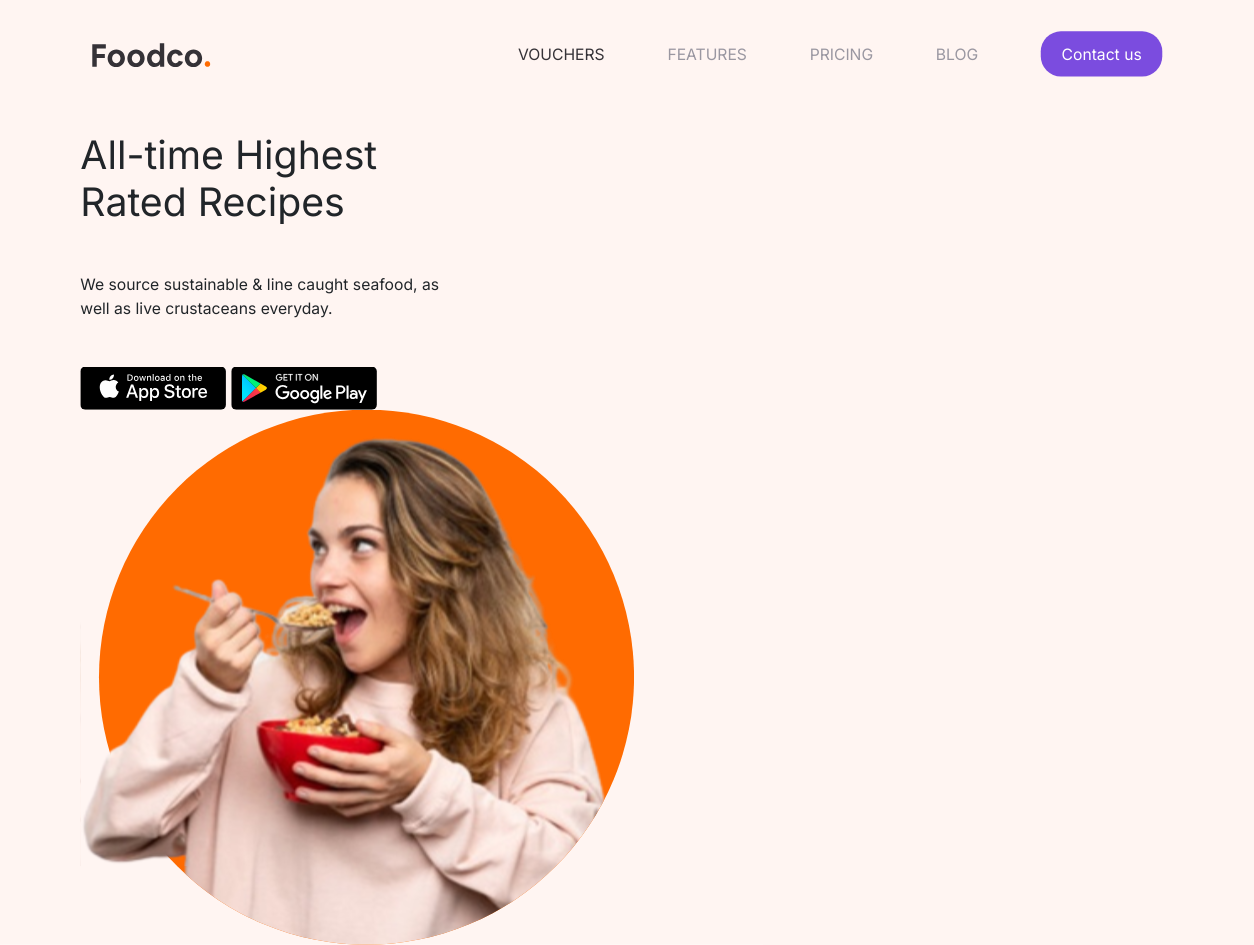
Repository: badhon252/Foodco
Page: index.html
These files come from the project's save history. The page is drawn as it stood at one moment and after the next save; the edit follows.
The browser window is 1280 px wide. The pictures show the whole page, at 98% of full size.
The style sheet was rebuilt from its Sass, Less or Tailwind sources for each picture, by a compiler version that may differ from the author's.

Above is the page before, as saved 2022-09-15 16:03:32.

### index.html
<!DOCTYPE html>
<html lang="en">

<head>
    <meta charset="UTF-8">
    <meta http-equiv="X-UA-Compatible" content="IE=edge">
    <meta name="viewport" content="width=device-width, initial-scale=1.0">
    <!-- bootstrap cdn link  -->
    <!-- I'm using bootstrap 5 for this project, Let's code!  -->
    <!-- CSS only -->
    <link href="https://cdn.jsdelivr.net/npm/bootstrap@5.2.1/dist/css/bootstrap.min.css" rel="stylesheet"
        integrity="sha384-iYQeCzEYFbKjA/T2uDLTpkwGzCiq6soy8tYaI1GyVh/UjpbCx/TYkiZhlZB6+fzT" crossorigin="anonymous">

    <link rel="stylesheet" href="scss/style.css">
    <title>FoodCo</title>
</head>

<body>

    <main id="header">
        <header class="container">

            <nav class="navbar navbar-expand-lg py-3">
                <div class="container-fluid">
                    <a class="navbar-brand" href="#"><img src="./image/logo.svg" alt=""></a>
                    <button class="navbar-toggler" type="button" data-bs-toggle="collapse" data-bs-target="#navbarNav"
                        aria-controls="navbarNav" aria-expanded="false" aria-label="Toggle navigation">
                        <span class="navbar-toggler-icon"></span>
                    </button>
                    <div class="collapse navbar-collapse" id="navbarNav">
                        <ul class="navbar-nav ms-auto py-3">
                            <li class="nav-item">
                                <a class="nav-link active" aria-current="page" href="#">Vouchers</a>
                            </li>
                            <li class="nav-item">
                                <a class="nav-link" href="#">Features</a>
                            </li>
                            <li class="nav-item">
                                <a class="nav-link" href="#">Pricing</a>
                            </li>
                            <li class="nav-item">
                                <a class="nav-link" href="">Blog</a>
                            </li>
                            <button class="btn">Contact us</button>
                        </ul>
                    </div>
                </div>
            </nav>

            <div class="div header-content">
                <div class="k-row">
                    <div class="col-md-4">
                        <h1 class="my-4">All-time <span>Highest</span> Rated Recipes</h1>
                        <p class="my-5">We source sustainable & line caught seafood, as well as live crustaceans
                            everyday.</p>
                        <div class="app-link">
                            <img src="./image/app_store.svg" alt="">
                            <img src="./image/Playstore.svg" alt="">
                        </div>
                    </div>
                    <div class="col-md-8 ">
                        <div class="card-header">
                            <img src="./image/Group 18525.svg" alt="" class="ms-auto">
                        </div>
                    </div>
                </div>
            </div>
        </header>
    </main>

</body>

</html>

### scss/style.scss
@import url("https://fonts.googleapis.com/css2?family=Inter:wght@400;600;700;800;900&display=swap");
@font-face {
  font-family: circular;
  src: url(../fonts/Circular_Std_Font.otf);
}
@font-face {
  font-family: AirbnbCereal_W_Bd;
  src: url(../fonts/AirbnbCereal_W_Bd.otf);
}
@font-face {
  font-family: AirbnbCereal_W_Bk;
  src: url(../fonts//AirbnbCereal_W_Bk.otf);
}
@font-face {
  font-family: AirbnbCereal_W_Blk;
  src: url(../fonts/AirbnbCereal_W_Blk.otf);
}
@font-face {
  font-family: AirbnbCereal_W_Lt;
  src: url(../fonts/AirbnbCereal_W_Lt.otf);
}
@font-face {
  font-family: AirbnbCereal_W_Md;
  src: url(../fonts/AirbnbCereal_W_Md.otf);
}
@font-face {
  font-family: AirbnbCereal_W_XBd;
  src: url(../fonts/AirbnbCereal_W_XBd.otf);
}
* {
  margin: 0;
  padding: 0;
  box-sizing: border-box;
  font-family: "Inter", sans-serif;
  //   font-family: circular;
}
// .container {
//   margin: 2rem 14rem;
// }
// .btn,
// .link {
//   cursor: pointer;
// }
.link {
  text-decoration: none;
  color: #353237;
}
.btn {
  outline: none;
  border: none;
  padding: 12px 25px;
  font-size: 1rem;
  font-weight: 400;
}
.active {
  color: #353237 !important;
}
li {
  list-style-type: none;
}
.py-1 {
  padding: 1rem 0;
}
.py-2 {
  padding: 2rem 0;
}
.py-3 {
  padding: 3rem 0;
}
.py-4 {
  padding: 4rem 0;
}
.my-1 {
  margin: 1rem 0;
}
.my-1 {
  margin: 1rem 0;
}
.my-2 {
  margin: 2rem 0;
}
.my-3 {
  margin: 3rem 0;
}
.my-4 {
  margin: 4rem 0;
}
.my-5 {
  margin: 5rem 0;
}

// =======================
//===========================
#header {
  background-color: #fff5f2;

  .navbar {
    .navbar-nav {
      align-items: center;
      .nav-item {
        margin: 0 1.5rem;
        .nav-link {
          font-weight: 500;
          font-size: 1rem;
          line-height: 20px;
          text-transform: uppercase;
          color: #9a97a1;
          //   color: #353237;
          &:hover {
            color: #353237;
          }
        }
      }
      .btn {
        background-color: #7b4cdf;
        border-radius: 20.5px;
        color: #fff;
        margin-left: 2rem;
        padding: 11px 21px;
      }
    }
  }

  .header-content {
    .row {
      display: flex;
      justify-content: space-between !important;
    }
  }
}

After the next save:
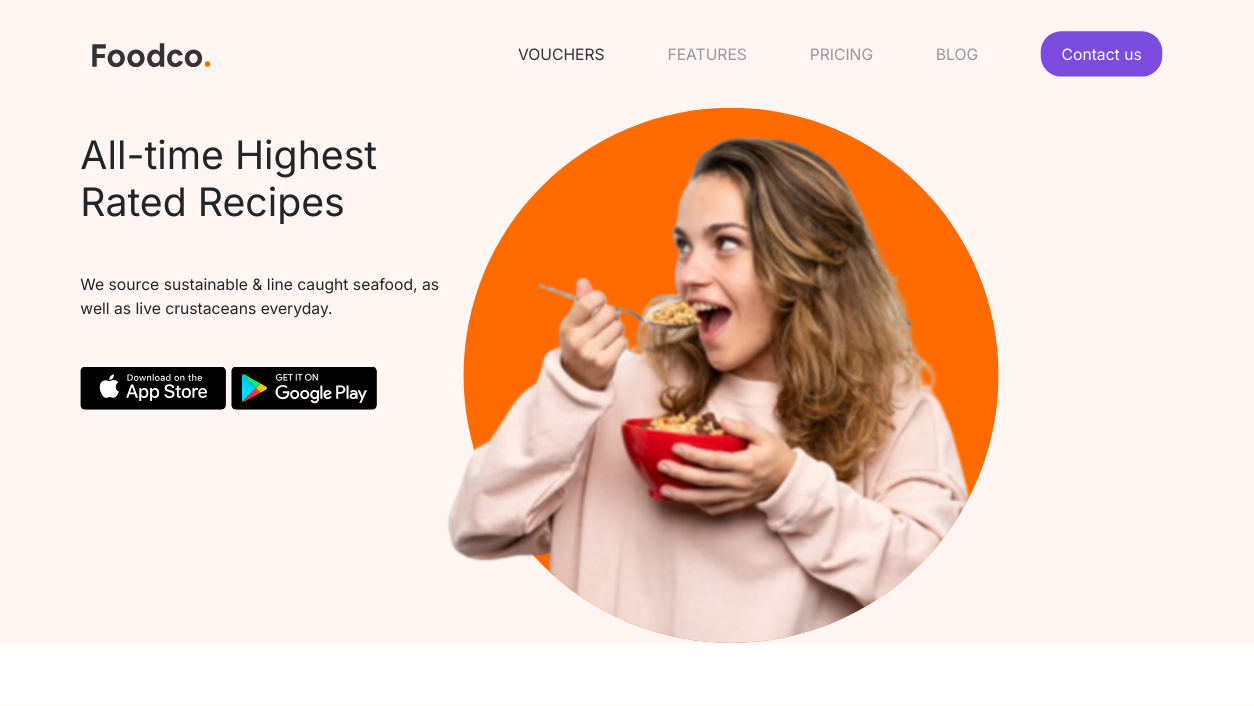
Saved 6 s later.
--- a/scss/style.scss
+++ b/scss/style.scss
@@ -122,7 +122,7 @@
   }
 
   .header-content {
-    .row {
+    .k-row {
       display: flex;
       justify-content: space-between !important;
     }
